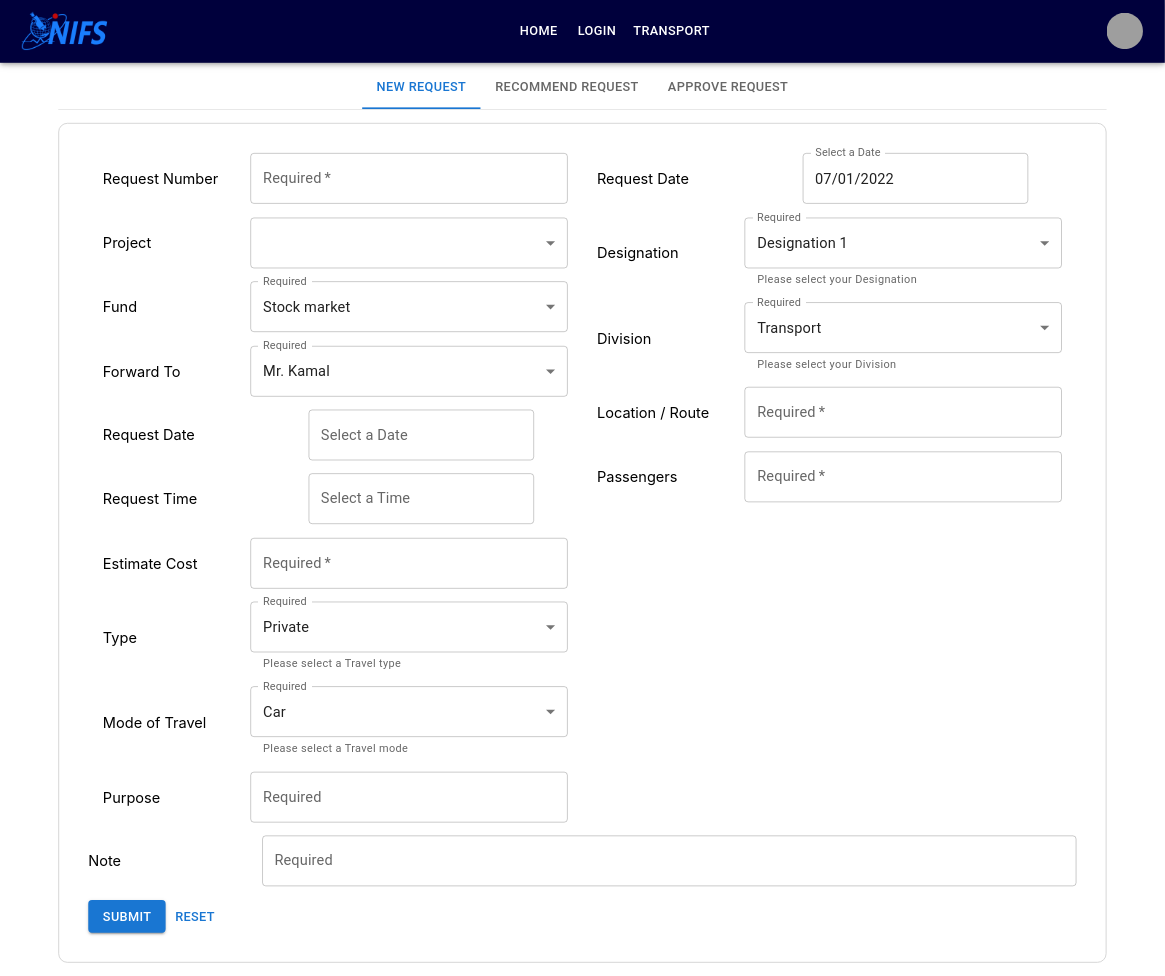
Repository: Ravindu97/NIFS_WebApplication
Page: /transport (app in client/)
The author's editor kept a copy of each file at every save. The page is drawn from the files as they stood at one save, then again after the next save.
The browser window is 1280 px wide. The pictures show the whole page, at 91% of full size.
Pictures or frames that could not be fetched are drawn as grey boxes. The project was rebuilt for these pictures with package versions that can differ from the ones it lists, and the page was loaded fresh each time. Also part of the build but not shown: client/src/pages/Home.js, client/src/pages/Login.js, client/src/components/Transport/RecommendedRequest.js, client/src/components/Transport/ApproveRequest.js.

Above is the page before, as saved 2022-07-01 09:48:42.

### client/src/index.css
body {
  margin: 0;
  font-family: -apple-system, BlinkMacSystemFont, 'Segoe UI', 'Roboto', 'Oxygen',
    'Ubuntu', 'Cantarell', 'Fira Sans', 'Droid Sans', 'Helvetica Neue',
    sans-serif;
  -webkit-font-smoothing: antialiased;
  -moz-osx-font-smoothing: grayscale;
}

:root{
  --main-navbar-back: #00003c;

}


.nav-logo{
  width: 100px;
  height: auto;
}

/* main navbar */
.main-navbar{
  background-color: var(--main-navbar-back) !important;
}

/* secondary navbar */
.secondary-navbar{
  margin-top: 10vh !important;
  margin: auto;
}

/* body content */
.body-content{
  margin: auto;
  width: 90%;
  margin-top: 2vh;
}

/* -------------------css for form starts here */
/* form section means outsice the <form> tag */

.form-section{
  border: 1px solid #d2d2d2;
  border-radius: 10px;
  padding: 2rem;
  margin-bottom: 2vh;
}

/* input fields */
.input-fields{
  display: flex;
  align-items: center;
  margin-bottom: 2vh;
}

.input-fields label{
  margin-right: 2vw;
  width: 200px;
}

.form-left,.form-right{

  margin-left: 1em;
  margin-right: 1em;
}

/* -----------------css for form ends here */

### client/src/App.js
import * as React from 'react';
import { BrowserRouter as Router, Route, Routes } from 'react-router-dom';
import Navbar from './components/shared/Navbar';
import Home from './pages/Home';
import Login from './pages/Login';
import TransportMainPage from './pages/TransportMainPage';

function App() {
	return (
		<div>
			<Router>
				<Navbar />
				<Routes>
					<Route exact path="/" element={<Home />} />
					<Route exact path="/login" element={<Login />} />
					<Route exact path="/transport/*" element={<TransportMainPage />} />
				</Routes>
			</Router>
		</div>
	);
}

export default App;

### client/src/components/shared/Navbar.js
import * as React from 'react';
import AppBar from '@mui/material/AppBar';
import Box from '@mui/material/Box';
import Toolbar from '@mui/material/Toolbar';
import IconButton from '@mui/material/IconButton';
import Typography from '@mui/material/Typography';
import Menu from '@mui/material/Menu';
import MenuIcon from '@mui/icons-material/Menu';
import Container from '@mui/material/Container';
import Avatar from '@mui/material/Avatar';
import Button from '@mui/material/Button';
import Tooltip from '@mui/material/Tooltip';
import MenuItem from '@mui/material/MenuItem';
import { Link } from 'react-router-dom';
import Logo from '../../images/nifs_logo.png';

const Navbar = () => {
	const pages = [
		{
			id: 0,
			title: 'Home',
			link: '/',
		},
		{
			id: 1,
			title: 'Login',
			link: '/login',
		},
		{
			id: 2,
			title: 'Transport',
			link: '/transport',
		},
	];

	const settings = [
		{
			id: 0,
			title: 'Home',
			link: '/',
		},
		{
			id: 1,
			title: 'Login',
			link: '/login',
		},
		{
			id: 2,
			title: 'Transport',
			link: '/transport',
		},
	];

	const [anchorElNav, setAnchorElNav] = React.useState(null);
	const [anchorElUser, setAnchorElUser] = React.useState(null);

	const handleOpenNavMenu = (event) => {
		setAnchorElNav(event.currentTarget);
	};
	const handleOpenUserMenu = (event) => {
		setAnchorElUser(event.currentTarget);
	};

	const handleCloseNavMenu = () => {
		setAnchorElNav(null);
	};

	const handleCloseUserMenu = () => {
		setAnchorElUser(null);
	};

	return (
		<AppBar position="fixed" className="main-navbar">
			<Container maxWidth="xl">
				<Toolbar disableGutters>
					{/*Responsive view start here  */}
					<Box sx={{ display: { xs: 'none', md: 'flex' }, mr: 1 }}>
						<img src={Logo} alt="logo" className="nav-logo" />
					</Box>

					<Box sx={{ flexGrow: 1, display: { xs: 'flex', md: 'none' } }}>
						<IconButton
							size="large"
							aria-label="account of current user"
							aria-controls="menu-appbar"
							aria-haspopup="true"
							onClick={handleOpenNavMenu}
							color="inherit"
						>
							<MenuIcon />
						</IconButton>
						<Menu
							id="menu-appbar"
							anchorEl={anchorElNav}
							anchorOrigin={{
								vertical: 'bottom',
								horizontal: 'left',
							}}
							keepMounted
							transformOrigin={{
								vertical: 'top',
								horizontal: 'left',
							}}
							open={Boolean(anchorElNav)}
							onClose={handleCloseNavMenu}
							sx={{
								display: { xs: 'block', md: 'none' },
							}}
						>
							{pages &&
								pages.map((page) => (
									<MenuItem key={page.id} onClick={handleCloseNavMenu}>
										<Link to={page.link} style={{ textDecoration: 'none' }}>
											<Typography textAlign="center">{page.title}</Typography>
										</Link>
									</MenuItem>
								))}
						</Menu>
					</Box>
					{/* Responsive view ends here */}

					{/* Full width starts here */}
					<Box
						sx={{
							mr: 2,
							display: { xs: 'flex', md: 'none' },
							flexGrow: 1,
						}}
					>
						<img src={Logo} alt="logo" className="nav-logo" />
					</Box>

					<Box
						sx={{ flexGrow: 1, display: { xs: 'none', md: 'flex' } }}
						style={{ justifyContent: 'center' }}
					>
						{pages &&
							pages.map((page) => (
								<Link to={page.link} style={{ textDecoration: 'none' }}>
									<Button
										key={page.id}
										onClick={handleCloseNavMenu}
										sx={{ my: 2, color: 'white', display: 'block' }}
									>
										{page.title}
									</Button>
								</Link>
							))}
					</Box>

					{/* end of the navbar */}
					<Box sx={{ flexGrow: 0 }}>
						<Tooltip title="Open settings">
							<IconButton onClick={handleOpenUserMenu} sx={{ p: 0 }}>
								<Avatar
									alt="Remy Sharp"
									src="https://images.unsplash.com/photo-1566753323558-f4e0952af115?ixlib=rb-1.2.1&ixid=MnwxMjA3fDB8MHxzZWFyY2h8MXx8bWFsZXxlbnwwfHwwfHw%3D&w=1000&q=80"
								/>
							</IconButton>
						</Tooltip>
						<Menu
							sx={{ mt: '45px' }}
							id="menu-appbar"
							anchorEl={anchorElUser}
							anchorOrigin={{
								vertical: 'top',
								horizontal: 'right',
							}}
							keepMounted
							transformOrigin={{
								vertical: 'top',
								horizontal: 'right',
							}}
							open={Boolean(anchorElUser)}
							onClose={handleCloseUserMenu}
						>
							{settings.map((setting) => (
								<MenuItem key={setting.id} onClick={handleCloseUserMenu}>
									<Typography textAlign="center">{setting.title}</Typography>
								</MenuItem>
							))}
						</Menu>
					</Box>
				</Toolbar>
			</Container>
		</AppBar>
	);
};
export default Navbar;

### client/src/pages/TransportMainPage.js
import React from 'react';

import TransportNavbar from '../components/Transport/shared/TransportNavbar';
import { Route, Routes } from 'react-router-dom';
import NewRequest from '../components/Transport/NewRequest';
import RecommendedRequest from '../components/Transport/RecommendedRequest';
import ApproveRequest from '../components/Transport/ApproveRequest';

// transport main page where all other section of transport department can be access from here
function TransportMainPage() {
	return (
		<div>
			<TransportNavbar />
			<div className="body-content">
				<Routes>
					<Route exact path="/" element={<NewRequest />} />
					<Route exact path="/recommend" element={<RecommendedRequest />} />
					<Route exact path="/approve" element={<ApproveRequest />} />
				</Routes>
			</div>
		</div>
	);
}

export default TransportMainPage;

### client/src/components/Transport/shared/TransportNavbar.js
import * as React from 'react';
import Tabs from '@mui/material/Tabs';
import Tab from '@mui/material/Tab';
import Box from '@mui/material/Box';
import { Link, useLocation } from 'react-router-dom';

export default function TransportNavbar() {
	const location = useLocation();

	const pages = [
		{
			id: 0,
			title: 'New Request',
			link: '/transport',
		},
		{
			id: 1,
			title: 'Recommend Request',
			link: '/transport/recommend',
		},
		{
			id: 2,
			title: 'Approve Request',
			link: '/transport/approve',
		},
	];

	return (
		<Box sx={{ width: '90%' }} className="secondary-navbar">
			<Box sx={{ borderBottom: 1, borderColor: 'divider' }}>
				<Tabs value={location.pathname} centered>
					{pages &&
						pages.map((page) => (
							<Tab
								key={page.id}
								label={page.title}
								value={page.link}
								component={Link}
								to={page.link}
							/>
						))}
				</Tabs>
			</Box>
		</Box>
	);
}

### client/src/components/Transport/NewRequest.js
import {
	Button,
	TextField,
	Select,
	InputLabel,
	MenuItem,
	FormControl,
} from '@mui/material';
import React, { useState } from 'react';
import { useForm } from 'react-hook-form';
import Box from '@mui/material/Box';
// import datepicker
import { AdapterDateFns } from '@mui/x-date-pickers/AdapterDateFns';
import { LocalizationProvider } from '@mui/x-date-pickers/LocalizationProvider';
import { DatePicker } from '@mui/x-date-pickers/DatePicker';
import { TimePicker } from '@mui/x-date-pickers/TimePicker';
import { StaticTimePicker } from '@mui/x-date-pickers/StaticTimePicker';
// sample data files start here
import Projects from './shared/sampleData/Project.json';
import Funds from './shared/sampleData/Fund.json';
import ForwardedTo from './shared/sampleData/ForwardedTo.json';
import Divisions from './shared/sampleData/Division.json';
import Designations from './shared/sampleData/Designation.json';

// sample data files ends here

function NewRequest() {
	// date set to be stored
	const { register, handleSubmit, reset } = useForm();

	const [project, setProjects] = useState(Projects);
	const [fund, setFunds] = useState(Funds);
	const [forwardedTo, setForwardedTos] = useState(ForwardedTo);
	const [division, setDivisions] = useState(Divisions);
	const [designation, setDesignations] = useState(Designations);
	const [value, setValue] = React.useState(null);
	const [today, setToday] = React.useState(new Date());

	const submitDetails = (data) => {
		console.log(data);
	};

	return (
		<div className="form-section">
			<form onSubmit={handleSubmit(submitDetails)}>
				<Box
					sx={{
						display: { xs: 'block', md: 'flex' },
						justifyContent: 'center',
					}}
				>
					{/* left section of the form */}

					<Box
						className="form-left"
						sx={{
							width: { xs: '90%', md: '50%' },
						}}
					>
						{/* Request number */}

						<Box className="input-fields">
							<label>Request Number</label>
							<TextField
								fullWidth
								required
								type="text"
								name="reqNo"
								id="outlined-basic"
								label="Required"
								variant="outlined"
								{...register('reqNo', { required: true })}
							/>
						</Box>

						{/* Select project */}

						<Box className="input-fields">
							{/* <label>Project</label> */}
							{/* <TextField
								fullWidth
								id="outlined-select-project-native"
								select
								label="Required"
								name="project"
								{...register('project', { required: true })}
								SelectProps={{
									native: true,
								}}
								helperText="Please select a Project"
							>
								<option value="Select a Project" disabled>
									Select a Project
								</option>
								{project.map((option) => (
									<option key={option.id} value={option.value}>
										{option.value}
									</option>
								))}
							</TextField> */}
							<label>Project</label>
							<Select
								fullWidth
								labelId="demo-simple-select-label"
								id="demo-simple-select"
								label="Required"
								{...register('project', { required: true })}
							>
								<MenuItem value="">
									<em>Select a project</em>
								</MenuItem>
								{project.map((option) => (
									<MenuItem key={option.id} value={option.value}>
										{option.value}
									</MenuItem>
								))}
							</Select>
						</Box>

						{/* Select Fund */}

						<Box className="input-fields">
							<label>Fund</label>
							<TextField
								fullWidth
								id="outlined-select-fund-native"
								select
								label="Required"
								name="fund"
								{...register('fund', { required: true })}
								SelectProps={{
									native: true,
								}}
							>
								{fund.map((option) => (
									<option key={option.id} value={option.value}>
										{option.value}
									</option>
								))}
							</TextField>
						</Box>

						{/* Select Forward */}

						<Box className="input-fields">
							<label>Forward To</label>
							<TextField
								fullWidth
								id="outlined-select-forward-native"
								select
								label="Required"
								name="forwardTo"
								{...register('forwardTo', { required: true })}
								SelectProps={{
									native: true,
								}}
							>
								{forwardedTo.map((option) => (
									<option key={option.id} value={option.value}>
										{option.value}
									</option>
								))}
							</TextField>
						</Box>

						{/* date picker */}

						<Box className="input-fields">
							<LocalizationProvider dateAdapter={AdapterDateFns}>
								<label>Request Date</label>
								<DatePicker
									label="Select a Date"
									value={value}
									{...register('requestDate', { required: true })}
									onChange={(newValue) => {
										setValue(newValue);
									}}
									renderInput={(params) => <TextField {...params} />}
								/>
							</LocalizationProvider>
						</Box>

						{/* Time picker */}

						<Box className="input-fields">
							<LocalizationProvider dateAdapter={AdapterDateFns}>
								<label>Request Time</label>
								<TimePicker
									label="Select a Time"
									value={value}
									{...register('requestTime', { required: true })}
									onChange={(newValue) => {
										setValue(newValue);
									}}
									renderInput={(params) => <TextField {...params} />}
								/>
							</LocalizationProvider>
						</Box>

						{/* cost */}

						<Box className="input-fields">
							<label>Estimate Cost</label>
							<TextField
								fullWidth
								required
								type="text"
								name="estimateCost"
								id="outlined-basic"
								label="Required"
								variant="outlined"
								{...register('estimateCost', { required: true })}
							/>
						</Box>

						{/* travel type */}

						<Box className="input-fields">
							<label>Type</label>
							<TextField
								fullWidth
								id="outlined-select-forward-native"
								select
								label="Required"
								name="travelType"
								{...register('travelType', { required: true })}
								SelectProps={{
									native: true,
								}}
								helperText="Please select a Travel type"
							>
								<option value="private">Private</option>
								<option value="official">Official</option>
							</TextField>
						</Box>

						{/* Travel mode */}

						<Box className="input-fields">
							<label>Mode of Travel</label>
							<TextField
								fullWidth
								id="outlined-select-forward-native"
								select
								label="Required"
								name="travelMode"
								{...register('travelMode', { required: true })}
								SelectProps={{
									native: true,
								}}
								helperText="Please select a Travel mode"
							>
								<option value="car">Car</option>
								<option value="van">Van</option>
								<option value="cab">Cab</option>
							</TextField>
						</Box>

						{/* purpose */}

						<Box className="input-fields">
							<label>Purpose</label>
							<TextField
								fullWidth
								id="outlined-textarea"
								label="Required"
								name="purpose"
								{...register('purpose', { required: true })}
								SelectProps={{
									native: true,
								}}
								multiline
							/>
						</Box>
					</Box>

					{/* right section of the form */}

					<Box
						className="form-right"
						sx={{
							width: { xs: '90%', md: '50%' },
						}}
					>
						{/* today date picker */}

						<Box className="input-fields">
							<LocalizationProvider dateAdapter={AdapterDateFns}>
								<label>Request Date</label>
								<DatePicker
									label="Select a Date"
									value={today}
									{...register('requestDate', { required: true })}
									onChange={(newValue) => {
										setToday(newValue);
									}}
									renderInput={(params) => <TextField {...params} />}
								/>
							</LocalizationProvider>
						</Box>

						{/* designations */}

						<Box className="input-fields">
							<label>Designation</label>
							<TextField
								fullWidth
								id="outlined-select-forward-native"
								select
								label="Required"
								name="designation"
								{...register('designation', { required: true })}
								SelectProps={{
									native: true,
								}}
								helperText="Please select your Designation"
							>
								{designation.map((option) => (
									<option key={option.id} value={option.value}>
										{option.value}
									</option>
								))}
							</TextField>
						</Box>

						{/* division */}

						<Box className="input-fields">
							<label>Division</label>
							<TextField
								fullWidth
								id="outlined-select-forward-native"
								select
								label="Required"
								name="division"
								{...register('division', { required: true })}
								SelectProps={{
									native: true,
								}}
								helperText="Please select your Division"
							>
								{division.map((option) => (
									<option key={option.id} value={option.value}>
										{option.value}
									</option>
								))}
							</TextField>
						</Box>

						{/* HOD */}

						{/* Location / route */}

						<Box className="input-fields">
							<label>Location / Route</label>
							<TextField
								fullWidth
								required
								type="text"
								name="route"
								id="outlined-basic"
								label="Required"
								variant="outlined"
								{...register('route', { required: true })}
							/>
						</Box>

						{/* Location / route */}

						<Box className="input-fields">
							<label>Passengers</label>
							<TextField
								fullWidth
								required
								type="text"
								name="passengers"
								id="outlined-basic"
								label="Required"
								variant="outlined"
								{...register('passengers', { required: true })}
							/>
						</Box>
					</Box>
				</Box>

				{/* Note */}

				<Box sx={{ justifyContent: 'center' }}>
					<Box className="input-fields">
						<label>Note</label>
						<TextField
							fullWidth
							id="outlined-textarea"
							label="Required"
							name="note"
							{...register('note', { required: true })}
							SelectProps={{
								native: true,
							}}
							multiline
						/>
					</Box>
				</Box>

				{/* submit button */}

				<Box>
					<Button type="submit" variant="contained">
						Submit
					</Button>

					{/* reset the form */}

					<Button
						type="button"
						onClick={() => {
							reset({
								reqNo: '',
								project: '',
								fund: '',
								forwardTo: '',
								requestDate: '',
								requestTime: '',
								estimateCost: '',
								travelType: '',
								travelMode: '',
								purpose: '',
								note: '',
								employee: '',
								designation: '',
								date: '',
								division: '',
								HOD: '',
								route: '',
								passengers: '',
							});
						}}
					>
						Reset
					</Button>
				</Box>
			</form>
		</div>
	);
}

export default NewRequest;

### client/src/components/Transport/shared/sampleData/Project.json
[
    {
        "id": 0,
        "value": "Kandy tunnel"
    },
    {
        "id": 1,
        "value": "Moragahakanda project"
    },
    {
        "id": 2,
        "value": "Gin nilwala project"
    },
    {
        "id": 3,
        "value": "Samanala wewa projecct"
    },
    {
        "id": 4,
        "value": "Data visualization"
    }
]

### client/src/components/Transport/shared/sampleData/Fund.json
[
    {
        "id": 0,
        "value": "Stock market"
    },
    {
        "id": 1,
        "value": "BOC bank"
    },
    {
        "id": 2,
        "value": "Savings"
    },
    {
        "id": 3,
        "value": "Ticketing"
    },
    {
        "id": 4,
        "value": "Car wash"
    }
]

### client/src/components/Transport/shared/sampleData/ForwardedTo.json
[
    {
        "id": 0,
        "value": "Mr. Kamal"
    },
    {
        "id": 1,
        "value": "Mr. Sunil"
    },
    {
        "id": 2,
        "value": "Mr. Kusal"
    },
    {
        "id": 3,
        "value": "Mrs. Nayana"
    },
    {
        "id": 4,
        "value": "Miss Rashmi"
    }
]

### client/src/components/Transport/shared/sampleData/Division.json
[
    {
        "id": 0,
        "value": "Transport"
    },
    {
        "id": 1,
        "value": "Financial"
    },
    {
        "id": 2,
        "value": "Computer"
    },
    {
        "id": 3,
        "value": "Admin"
    },
    {
        "id": 4,
        "value": "Director"
    }
]

### client/src/components/Transport/shared/sampleData/Designation.json
[
    {
        "id": 0,
        "value": "Designation 1"
    },
    {
        "id": 1,
        "value": "Designation 2"
    },
    {
        "id": 2,
        "value": "Designation 3"
    },
    {
        "id": 3,
        "value": "Designation 4"
    },
    {
        "id": 4,
        "value": "Designation 5"
    }
]

Loaded but not shown: client/src/index.js (common file); client/src/reportWebVitals.js (common file)

After the next save:
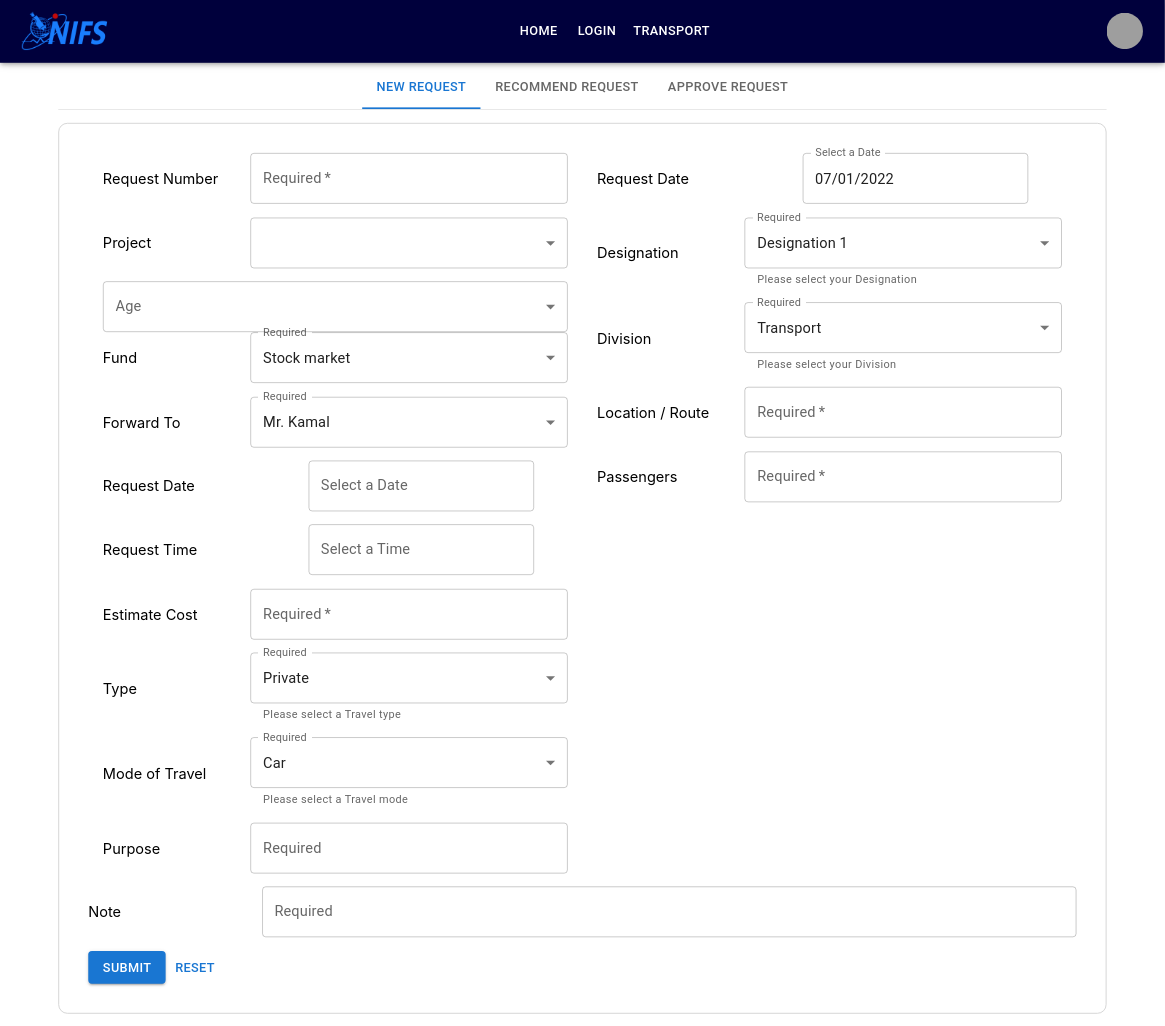
Saved 2 min 4 s later.
--- a/client/src/components/Transport/NewRequest.js
+++ b/client/src/components/Transport/NewRequest.js
@@ -116,6 +116,18 @@ function NewRequest() {
 								))}
 							</Select>
 						</Box>
+						<FormControl fullWidth>
+							<InputLabel id="demo-simple-select-label">Age</InputLabel>
+							<Select
+								labelId="demo-simple-select-label"
+								id="demo-simple-select"
+								label="Age"
+							>
+								<MenuItem value={10}>Ten</MenuItem>
+								<MenuItem value={20}>Twenty</MenuItem>
+								<MenuItem value={30}>Thirty</MenuItem>
+							</Select>
+						</FormControl>
 
 						{/* Select Fund */}
 
